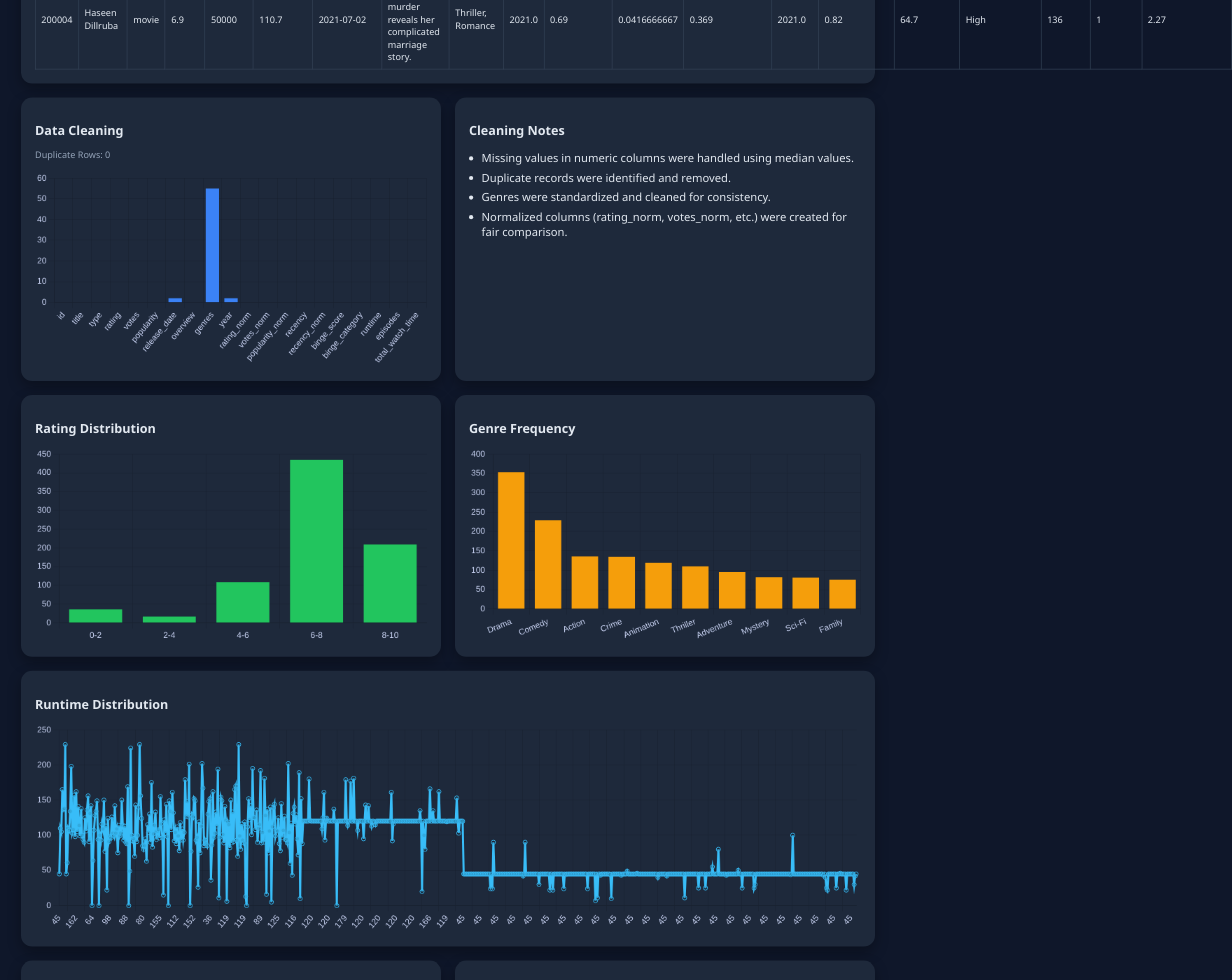
Repository: sanyogita-c05/binge-worthiness-website
Page: http://localhost/analysis
An editor plug-in stored every save of this project. The page is shown before and after the next save, followed by the edit.
The browser window is 1280 px wide. The page is 1760 px wide, so the pictures cover 1760 px, including what lies to the right of the window. The pictures show the part of the page from y = 995 to 2395 px (the page is 4311 px tall before and 3564 px after), at 70% of full size.
The page is served by the project's application, run on Flask 3 (backend/app.py).

Above is the page before, as saved 2026-05-03 17:09:53.

### backend/templates/analysis.html
<!DOCTYPE html>
<html>
<head>
    <title>EDA Dashboard</title>
    <script src="https://cdn.jsdelivr.net/npm/chart.js"></script>

    <style>
        body {
            background: #0f172a;
            color: #e2e8f0;
            font-family: 'Segoe UI', sans-serif;
            margin: 0;
            padding: 30px;
        }

        h1 {
            margin-bottom: 25px;
        }

        .grid {
            display: grid;
            grid-template-columns: repeat(2, 1fr);
            gap: 20px;
        }

        .card {
            background: #1e293b;
            padding: 20px;
            border-radius: 16px;
            box-shadow: 0 8px 20px rgba(0,0,0,0.3);
        }

        .full {
            grid-column: span 2;
        }

        h2 {
            margin-bottom: 10px;
            font-size: 18px;
        }

        p {
            font-size: 14px;
            color: #94a3b8;
        }

        table {
            width: 100%;
            border-collapse: collapse;
            margin-top: 10px;
            font-size: 13px;
        }

        th {
            background: #334155;
        }

        td, th {
            border: 1px solid #334155;
            padding: 8px;
            text-align: left;
        }

        canvas {
            margin-top: 15px;
            max-height: 300px;
        }

        .small {
            font-size: 13px;
            color: #94a3b8;
        }

        ul {
            padding-left: 18px;
        }

        li {
            margin-bottom: 6px;
        }
    </style>
</head>

<body>

<h1>📊 Exploratory Data Analysis Dashboard</h1>

<div class="grid">

    <!-- Dataset Overview -->
    <div class="card full">
        <h2>Dataset Overview</h2>
        <p>Total Rows: {{ total_rows }} | Columns: {{ total_cols }}</p>

        <p><b>Columns:</b> {{ columns }}</p>

        <h3>Sample Data</h3>
        <table>
            <tr>
                {% for col in columns %}
                <th>{{ col }}</th>
                {% endfor %}
            </tr>

            {% for row in sample_data %}
            <tr>
                {% for col in columns %}
                <td>{{ row[col] }}</td>
                {% endfor %}
            </tr>
            {% endfor %}
        </table>
    </div>

    <!-- Cleaning -->
    <div class="card">
        <h2>Data Cleaning</h2>
        <p class="small">Duplicate Rows: {{ duplicates }}</p>
        <canvas id="missingChart"></canvas>
    </div>

    <div class="card">
        <h2>Cleaning Notes</h2>
        <ul>
            {% for note in cleaning_notes %}
            <li>{{ note }}</li>
            {% endfor %}
        </ul>
    </div>

    <!-- Univariate -->
    <div class="card">
        <h2>Rating Distribution</h2>
        <canvas id="ratingChart"></canvas>
    </div>

    <div class="card">
        <h2>Genre Frequency</h2>
        <canvas id="genreChart"></canvas>
    </div>

    <div class="card full">
        <h2>Runtime Distribution</h2>
        <canvas id="runtimeChart"></canvas>
    </div>

    <!-- Bivariate -->
    <div class="card">
        <h2>Rating vs Popularity</h2>
        <canvas id="ratingPopChart"></canvas>
    </div>

    <div class="card">
        <h2>Genre vs Avg Rating</h2>
        <canvas id="genreRatingChart"></canvas>
    </div>

    <div class="card full">
        <h2>Runtime vs Binge Score</h2>
        <canvas id="runtimeBingeChart"></canvas>
    </div>

    <!-- Correlation -->
    <div class="card full">
        <h2>Correlation with Binge Score</h2>
        <canvas id="corrChart"></canvas>
    </div>

    <!-- Hypothesis Testing -->
    <div class="card full">
        <h2>Hypothesis Testing (ANOVA)</h2>

        <p><b>Question:</b> Do different genres have different binge scores?</p>

        <p><b>Null Hypothesis (H₀):</b> All genres have the same average binge score.</p>
        <p><b>Alternative Hypothesis (H₁):</b> At least one genre has a different binge score.</p>

        <hr>

        <p><b>F-Statistic:</b> {{ f_stat }}</p>
        <p><b>p-value:</b> {{ p_value }}</p>

        <p><b>Conclusion:</b></p>
        <p style="color:#22c55e;">{{ hypothesis_result }}</p>

        <p class="small">
            If p-value &lt; 0.05 → statistically significant difference exists.
        </p>
    </div>

    <!-- Insights -->
    <div class="card full">
        <h2>Key Insights</h2>
        <ul>
            {% for ins in insights %}
            <li>{{ ins }}</li>
            {% endfor %}
        </ul>
    </div>

</div>

<script>

const commonOptions = {
    responsive: true,
    plugins: {
        legend: { display: false }
    },
    scales: {
        x: { ticks: { color: "#cbd5f5" } },
        y: { ticks: { color: "#cbd5f5" } }
    }
};

// Missing Values
new Chart(document.getElementById('missingChart'), {
    type: 'bar',
    data: {
        labels: {{ missing_labels | tojson }},
        datasets: [{
            label: 'Missing Values',
            data: {{ missing_values | tojson }},
            backgroundColor: '#3b82f6'
        }]
    },
    options: commonOptions
});

// Rating Distribution (FIXED)
new Chart(document.getElementById('ratingChart'), {
    type: 'bar',
    data: {
        labels: {{ rating_bins | tojson }},
        datasets: [{
            label: 'Number of Movies',
            data: {{ rating_counts | tojson }},
            backgroundColor: '#22c55e'
        }]
    },
    options: commonOptions
});

// Genre
new Chart(document.getElementById('genreChart'), {
    type: 'bar',
    data: {
        labels: {{ genre_labels | tojson }},
        datasets: [{
            data: {{ genre_counts | tojson }},
            backgroundColor: '#f59e0b'
        }]
    },
    options: commonOptions
});

// Runtime
new Chart(document.getElementById('runtimeChart'), {
    type: 'line',
    data: {
        labels: {{ runtime_data | tojson }},
        datasets: [{
            data: {{ runtime_data | tojson }},
            borderColor: '#38bdf8'
        }]
    },
    options: commonOptions
});

// Scatter plots
new Chart(document.getElementById('ratingPopChart'), {
    type: 'scatter',
    data: {
        datasets: [{
            label: 'Rating vs Popularity',
            data: {{ rating_list | tojson }}.map((r,i)=>({
                x:r, y: {{ popularity_list | tojson }}[i]
            })),
            backgroundColor: '#a855f7'
        }]
    }
});

new Chart(document.getElementById('runtimeBingeChart'), {
    type: 'scatter',
    data: {
        datasets: [{
            label: 'Runtime vs Binge',
            data: {{ runtime_list | tojson }}.map((r,i)=>({
                x:r, y: {{ binge_list | tojson }}[i]
            })),
            backgroundColor: '#ef4444'
        }]
    }
});

// Genre Rating
new Chart(document.getElementById('genreRatingChart'), {
    type: 'bar',
    data: {
        labels: {{ genre_rating_labels | tojson }},
        datasets: [{
            data: {{ genre_rating_values | tojson }},
            backgroundColor: '#14b8a6'
        }]
    },
    options: commonOptions
});

// Correlation
new Chart(document.getElementById('corrChart'), {
    type: 'bar',
    data: {
        labels: {{ corr_labels | tojson }},
        datasets: [{
            label: 'Correlation',
            data: {{ corr_values | tojson }}[0],
            backgroundColor: '#6366f1'
        }]
    },
    options: commonOptions
});

</script>

</body>
</html>

### backend/mood_engine.py
import pandas as pd
import os
from sklearn.feature_extraction.text import TfidfVectorizer
from sklearn.metrics.pairwise import cosine_similarity

# Load dataset
data_path = os.path.join(os.path.dirname(__file__), "data", "binge_dataset_final.csv")
df = pd.read_csv(data_path)

# ---------------- PREPROCESS ---------------- #
df['overview'] = df['overview'].fillna('')
df['genres'] = df['genres'].fillna('')
df['content'] = df['genres'] + " " + df['overview']

# ---------------- TF-IDF ---------------- #
tfidf = TfidfVectorizer(stop_words='english')
tfidf_matrix = tfidf.fit_transform(df['content'])

# ---------------- MOOD MAPPING ---------------- #
mood_dict = {
    "sad": "emotional sad loss tragedy heartbreak crying depression",
    "happy": "fun joy happiness feel good comedy light family",
    "romantic": "love romance relationship emotional couple",
    "comedy": "funny humor light happy comedy laughter",
    "thriller": "suspense thriller mystery crime action intense",
    "dark": "crime violence revenge psychological thriller mystery",
    "mind-blowing": "twist psychological sci-fi mystery thriller",
    "motivational": "inspiring success struggle biography sports",
    "scary": "horror fear ghost supernatural thriller"
}

# ---------------- MAIN FUNCTION ---------------- #
def get_mood_recommendations(user_mood):
    mood = user_mood.lower().strip()

    # ❌ If mood not found
    if mood not in mood_dict:
        return []

    # Convert mood to vector
    mood_vector = tfidf.transform([mood_dict[mood]])

    # Compute similarity
    similarity_scores = cosine_similarity(mood_vector, tfidf_matrix).flatten()

    # ---------------- 🔥 THRESHOLD FILTER ---------------- #
    threshold = 0.1

    filtered_indices = [
        i for i, score in enumerate(similarity_scores)
        if score > threshold
    ]

    # Sort filtered movies by similarity
    top_indices = sorted(
        filtered_indices,
        key=lambda i: similarity_scores[i],
        reverse=True
    )[:20]

    # ---------------- RESULTS ---------------- #
    results = []

    for idx in top_indices:
        movie = df.iloc[idx]

        results.append({
            "title": movie['title'],
            "score": round(float(movie['binge_score']), 2),
            "overview": movie['overview'] if movie['overview'] else "No description available"
        })

    return results

### backend/model.py
import pandas as pd
from sklearn.model_selection import train_test_split
from sklearn.metrics import mean_absolute_error, mean_squared_error, r2_score
import numpy as np
from sklearn.linear_model import LinearRegression

# -------------------------
# Load dataset
# -------------------------
df = pd.read_csv("data/binge_dataset_updated.csv")

# -------------------------
# Feature Engineering
# -------------------------

# Total watch time (in hours)
df['total_watch_time'] = (df['runtime'] * df['episodes']) / 60

# Smart time transformation (VERY IMPORTANT FIX)
df['time_score'] = 1 / (1 + df['total_watch_time'])

# Optional but powerful feature
df['engagement'] = df['rating_norm'] * df['votes_norm']

# -------------------------
# Features & Target
# -------------------------
features = [
    'rating_norm',
    'votes_norm',
    'popularity_norm',
    'recency_norm',
    'time_score',
    'engagement'
]

target = 'binge_score'

X = df[features]
y = df[target]

# -------------------------
# Train Model
# -------------------------
# Split dataset into training and testing
X_train, X_test, y_train, y_test = train_test_split(
    X, y, test_size=0.2, random_state=42
)

# Train model
model = LinearRegression()
model.fit(X_train, y_train)

# Predict on test data
y_pred = model.predict(X_test)

# Calculate real metrics
mae = mean_absolute_error(y_test, y_pred)
rmse = np.sqrt(mean_squared_error(y_test, y_pred))
r2 = r2_score(y_test, y_pred)

# -------------------------
# Prediction Function
# -------------------------
def predict_binge_ml(movie_row):

    # Calculate watch time
    total_watch_time = (movie_row['runtime'] * movie_row['episodes']) / 60

    # Same transformation as training
    time_score = 1 / (1 + total_watch_time)

    # Engagement feature
    engagement = movie_row['rating_norm'] * movie_row['votes_norm']

    # Input for prediction
    input_data = [[
        movie_row['rating_norm'],
        movie_row['votes_norm'],
        movie_row['popularity_norm'],
        movie_row['recency_norm'],
        time_score,
        engagement
    ]]

    # Predict
    prediction = model.predict(input_data)[0]

    # Clamp score between 0–100
    prediction = max(0, min(100, prediction))

    return round(prediction, 2)

def get_model_metrics():
    return {
        "mae": round(mae, 2),
        "rmse": round(rmse, 2),
        "r2": round(r2, 2)
    }

Loaded but not shown: backend/data/binge_dataset_updated.csv (865 lines, source omitted); backend/data/binge_dataset_final.csv (865 lines, source omitted); backend/app.py (659 lines, source omitted)

After the next save:
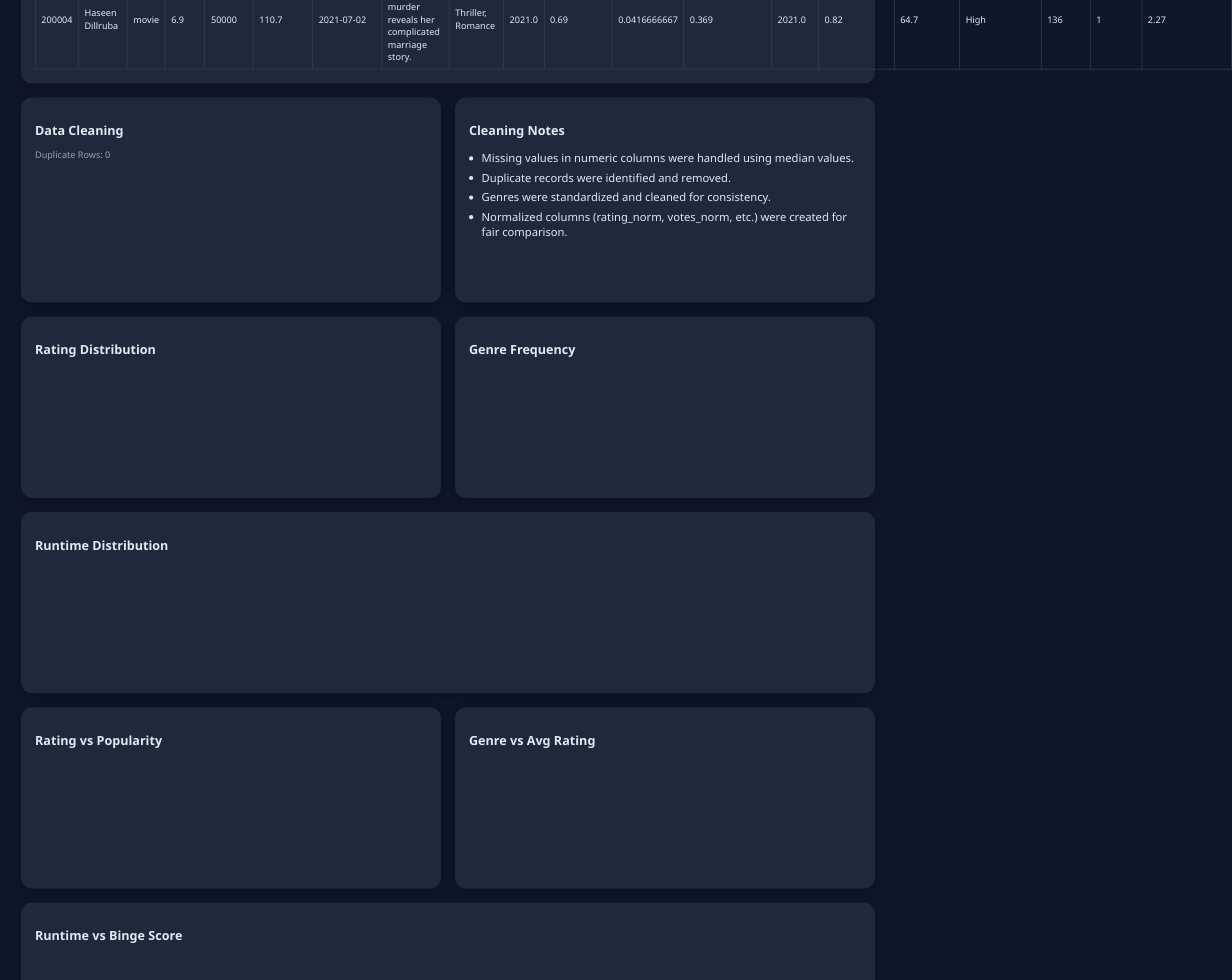
Console error: SyntaxError: Unexpected token ':'
Saved 7 min 52 s later.
--- a/backend/templates/analysis.html
+++ b/backend/templates/analysis.html
@@ -321,6 +321,11 @@ new Chart(document.getElementById('corrChart'), {
     options: commonOptions
 });
 
+scales: {
+  x: { title: { display: true, text: "X Label" } },
+  y: { title: { display: true, text: "Y Label" } }
+}
+
 </script>
 
 </body>
